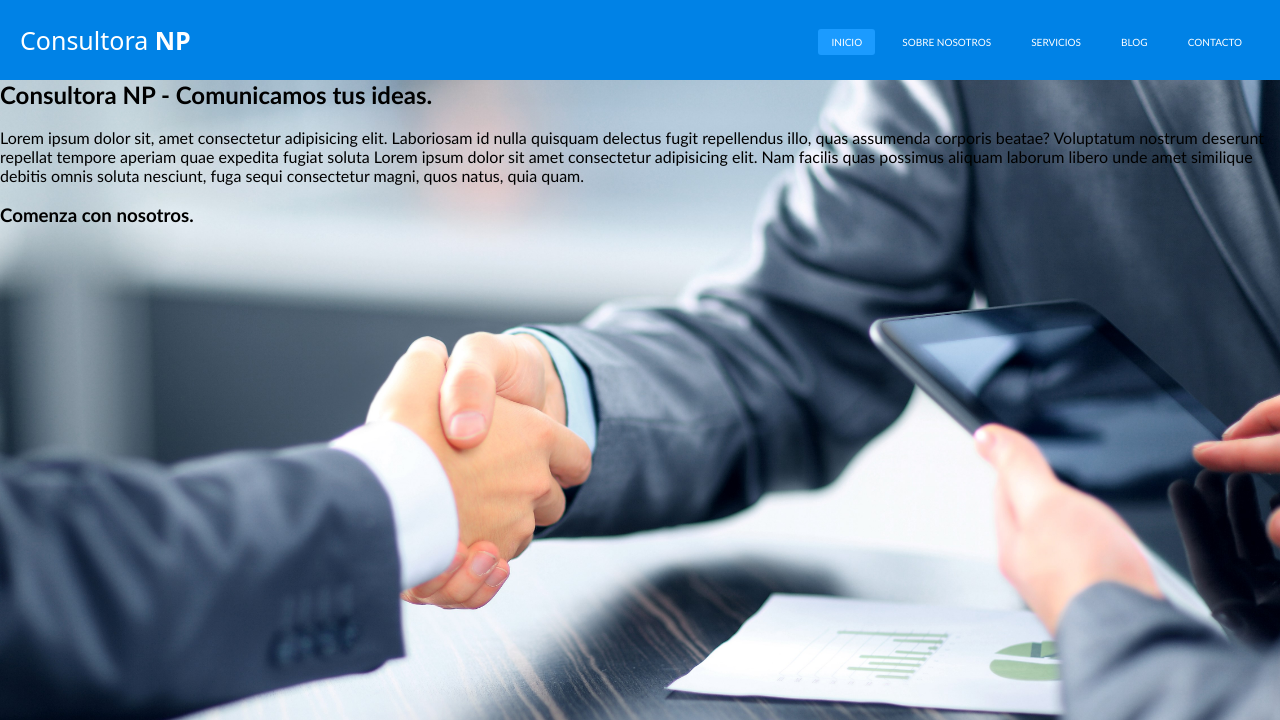
Repository: Batu120/pre-entrega2
Page: index.html
An editor plug-in stored every save of this project. The page is shown before and after the next save, followed by the edit.
The browser window is 1280 px wide. The pictures show the whole page.

Above is the page before, as saved 2022-10-31 13:58:21.

### index.html
<!DOCTYPE html>
<html lang="en" dir="ltr">
<head>
    <meta charset="UTF-8">
    <meta http-equiv="X-UA-Compatible" content="IE=edge">
    <meta name="viewport" content="width=device-width, initial-scale=1.0">
    <title>2da Pre Entrega</title>
    <link rel="stylesheet" href="https://cdnjs.cloudflare.com/ajax/libs/font-awesome/4.7.0/css/font-awesome.min.css">
    <!-- CSS -->
    <link rel="stylesheet" href="CSS/style.css">

</head>
<body>
    <nav>
        <input type="checkbox" id="check">
        <label for="check" class="checkbtn">
            <i style="font-size:24px" class="fa">&#xf0c9;</i>
        </label>
        <label class="logo">Consultora <label class="logo1">NP</label></label>
            <!-- Lista no ordenada -->
            <ul>
                <!-- Items / Menu -->
                <li><a class="active" href="index.html">Inicio</a></li>
                <li><a href="HTML/SobreNosotros.html">Sobre Nosotros</a></li>
                <li><a href="HTML/Servicios.html">Servicios</a></li>
                <li><a href="HTML/Blog.html">Blog</a></li>
                <li><a href="HTML/Contacto.html">Contacto</a></li>
            </ul>
    </nav>

    <section>
        <div class="centrar">
            <!-- titulo h1 -->
            <h1>Consultora NP - Comunicamos tus ideas.</h1><br>
            <!-- Parrafo -->
            <p>Lorem ipsum dolor sit, amet consectetur adipisicing elit. Laboriosam id nulla quisquam delectus fugit repellendus illo, quas assumenda corporis beatae? Voluptatum nostrum deserunt repellat tempore aperiam quae expedita fugiat soluta Lorem ipsum dolor sit amet consectetur adipisicing elit. Nam facilis quas possimus aliquam laborum libero unde amet similique debitis omnis soluta nesciunt, fuga sequi consectetur magni, quos natus, quia quam.</p>
            <br>
            <div><h3>Comenza con nosotros.</h3></div>
        </div>
    </section>


</body>
</html>

### CSS/style.css
body {
    font-family:'Gill Sans', 'Gill Sans MT', Calibri, 'Trebuchet MS', sans-serif;
}

/* NAV BAR - LINKS- RESPONSIVE */
* {
    padding: 0;
    margin: 0;
    text-decoration: none;
    list-style: none;
    box-sizing: border-box;
}
nav {
    background: #0082e6;
    height: 80px;
    width: 100%;
}
/*  */
.logo{
    color: white;
    font-size: 25px;
    line-height: 80px;
    padding: 20px;
    font-weight:lighter;
    font-family:system-ui, -apple-system, BlinkMacSystemFont, 'Segoe UI', Roboto, Oxygen, Ubuntu, Cantarell, 'Open Sans', 'Helvetica Neue', sans-serif;
}
.logo1{
    color: white;
    font-weight: bold;
}
nav ul{
    float: right;
    margin-right: 20px;
    padding-top: 0%;
}
nav ul li{
    display: inline-block;
    line-height: 80px;
    margin: 0 5px;
}
nav ul li a{
    color: white;
    font-size: 10px;
    padding: 7px 13px;
    border-radius: 3px;
    text-transform: uppercase;
}
a.active,a:hover{
    background: #1b9bff;
    transition: .5s;
}
.checkbtn{
    font-size: 30px;
    color: white;
    float: right;
    line-height: 80px;
    margin-right: 30px;
    cursor: pointer;
    display: none;
}
#check{
    display: none;
}
/* PREUBA RESPONSIVE TEST */
/* @media (max-width: 1000px){
    label.logo {
        font-size: 25px;
        padding-left: 50px;
    }
    nav ul li a{
        font-size: 16px;
    }
} */
@media (max-width: 800px){
    .checkbtn{
        display: block;
    }
    ul{
        position: fixed;
        width: 100%;
        height: 100vh;
        background: #2c3e50;
        top: 80px;
        left: -100%;
        text-align: center;
        transition: all .5s;
    }
    nav ul li{
        display: block;
        margin: 50px 0;
        line-height: 30px;
    }
    nav ul li a {
        font-size: 20px;
    }
        a:hover,a.active{
        background:none;
        color: #0082e6;
        }
        #check:checked ~ ul{
        left: 0;
        }
    }

    section{
        background: url(/IMG/consultoria_img.jpeg) no-repeat;
        background-size: cover;
        height: calc(100vh - 80px);
    }

    section .div.title {
        text-align: center;
    }

After the next save:
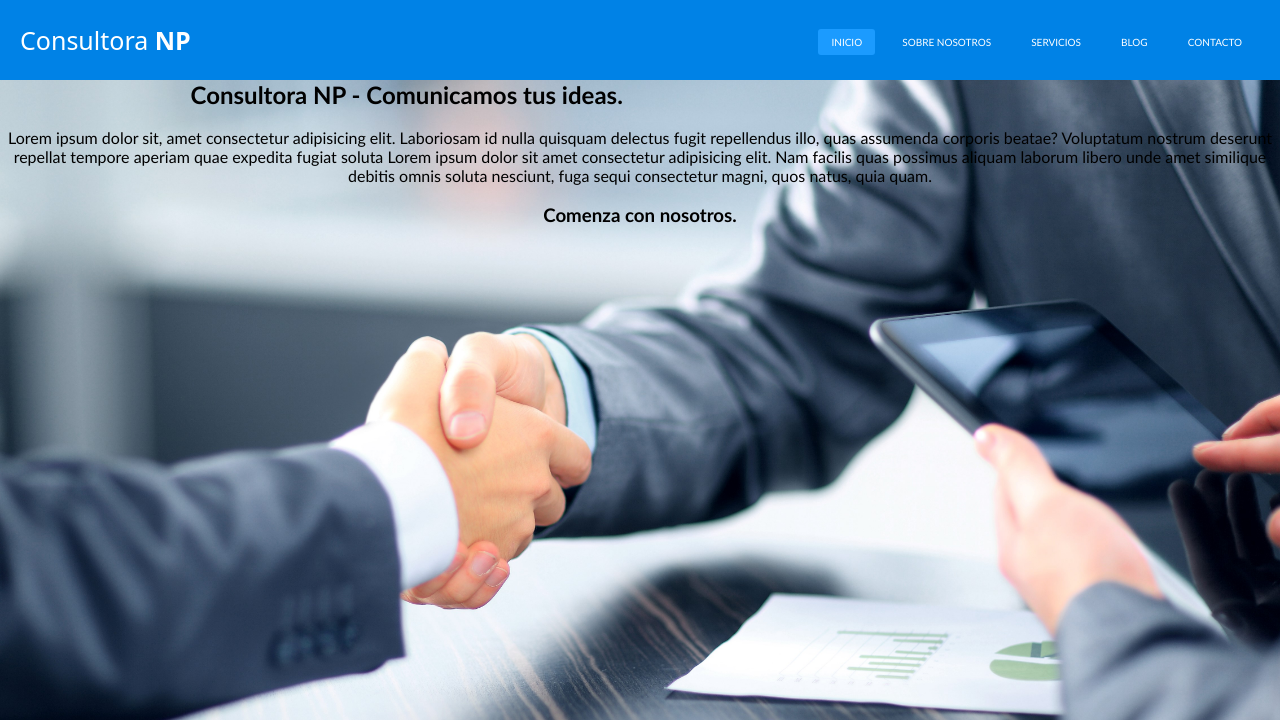
Saved 17 s later.
--- a/CSS/style.css
+++ b/CSS/style.css
@@ -108,6 +108,6 @@
         height: calc(100vh - 80px);
     }
 
-    section .div.title {
+    section {
         text-align: center;
     }

After the save that followed:
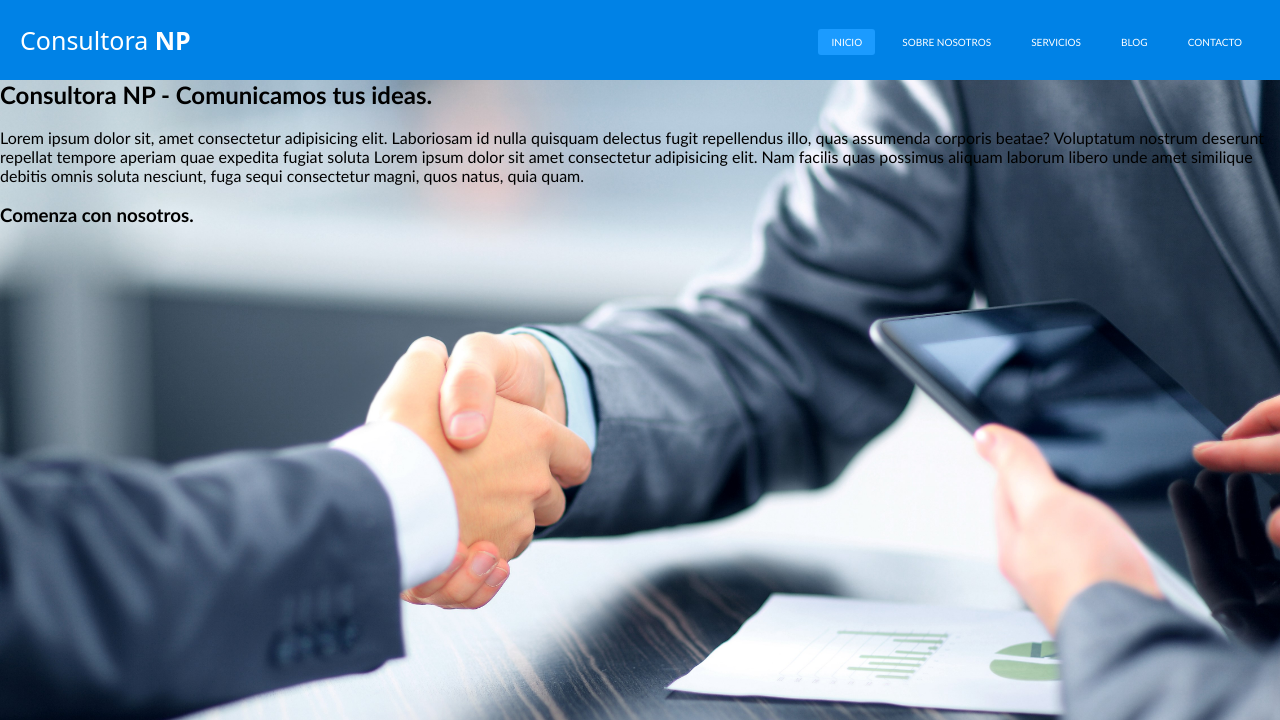
Saved 95 s later.
--- a/CSS/style.css
+++ b/CSS/style.css
@@ -108,6 +108,6 @@
         height: calc(100vh - 80px);
     }
 
-    section {
+    .section_center {
         text-align: center;
     }
